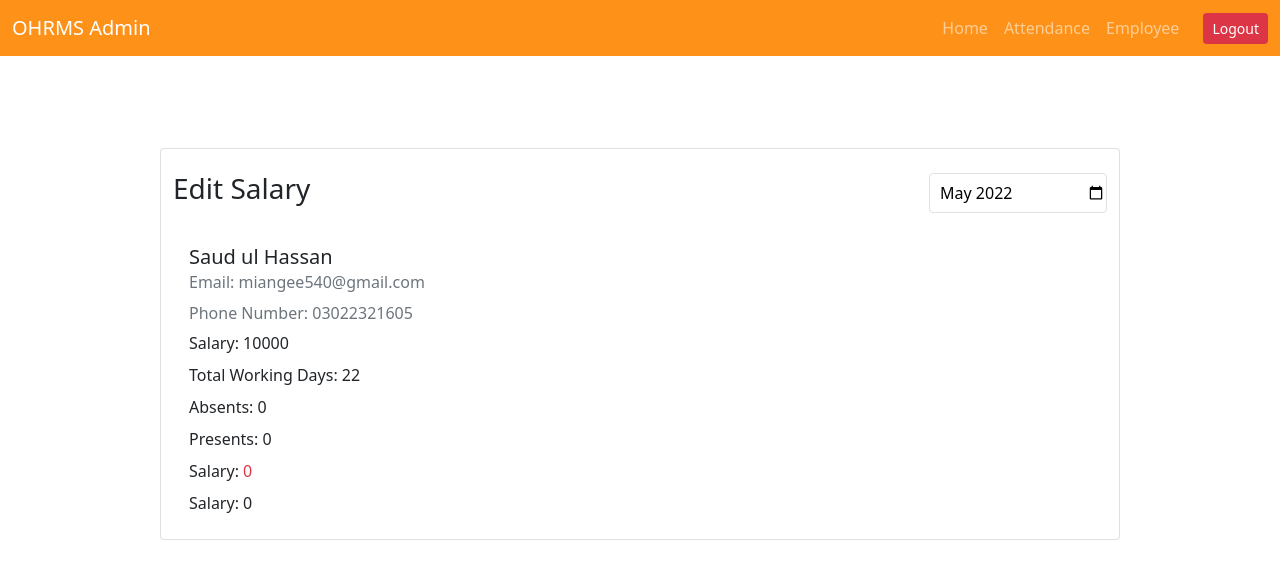
Repository: SaudCh/PHP-OHRMS
Page: http://localhost/admin/edit-salary?id=49
An editor plug-in stored every save of this project. The page is shown before and after the next save, followed by the edit.
The browser window is 1280 px wide. The pictures show the whole page.
Some web libraries are served in a nearby version. The page is run by PHP 8.4 with error messages shown; the project is at /var/www/html/. The session is filled in as if someone had signed in: {"admin": "admin@ohrm.com"}. The database holds what the project's SQL file puts in it. Queries for data that is not in the repository find no rows.

Above is the page before, as saved 2022-06-06 00:22:23.

After the next save:
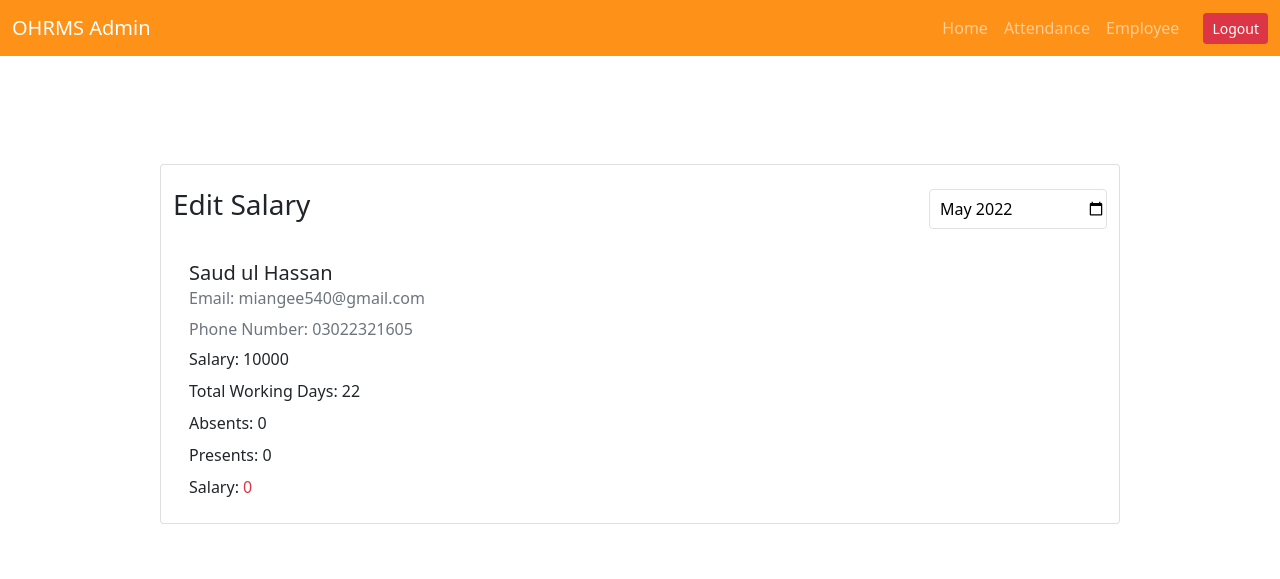
Saved 64 s later.
--- a/admin/edit-salary.php
+++ b/admin/edit-salary.php
@@ -98,7 +98,6 @@
                             echo '<p class="card-text p-0 m-0 mb-2">Salary: <span class="text-success">' . $salary  . '</span></p>';
                         }
                         ?>
-                        <p class="card-text p-0 m-0 mb-2">Salary: <?= $present ?></p>
 
 
                     </div>
